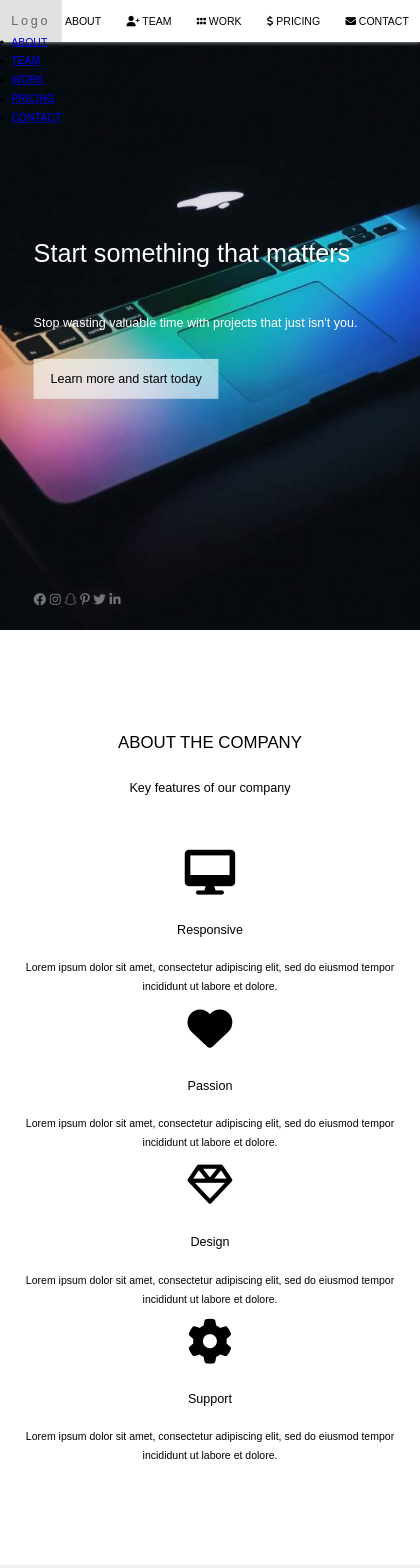
Repository: husterDC/Test
Page: index.html
The author's editor kept a copy of each file at every save. The page is drawn from the files as they stood at one save, then again after the next save.
The browser window is 600 px wide. The pictures show the part of the page from y = 0 to 2240 px (the page is 14282 px tall), at 70% of full size.

Above is the page before, as saved 2022-10-28 14:33:58.

After the next save:
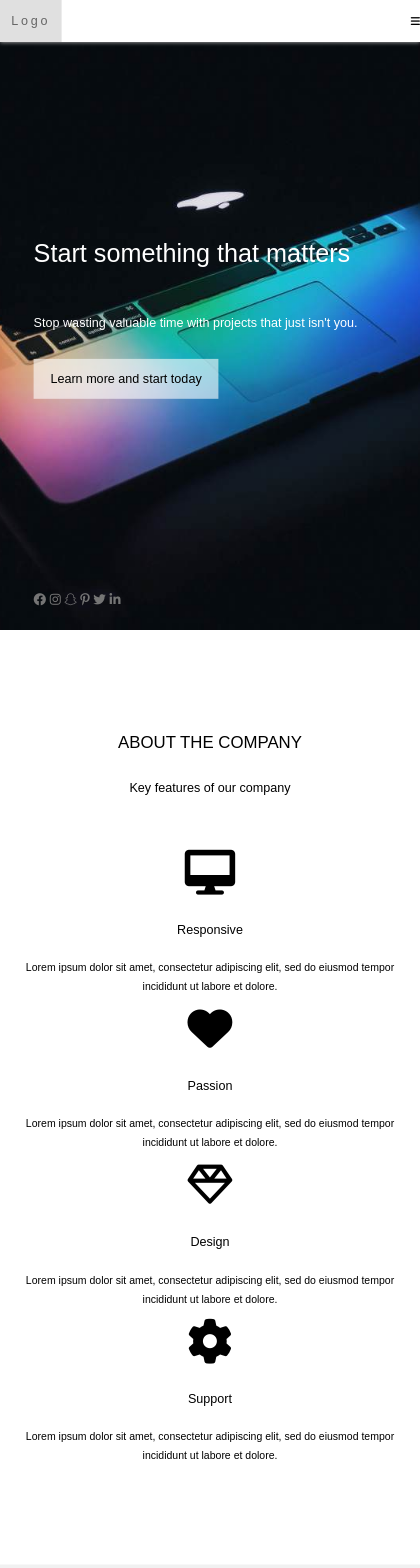
Saved 24 s later.
--- a/assets/responsive.css
+++ b/assets/responsive.css
@@ -15,10 +15,10 @@
     }
 }
 @media (max-width: 739px) {
-    .header_nav-menu-btn {
+    .header_nav-menu {
         display: none;
     }
-    .header_nav-menu-mobile {
+    .header_nav-menu-mobile-btn {
         display: inline-block;
     }
     .container_about-member,
